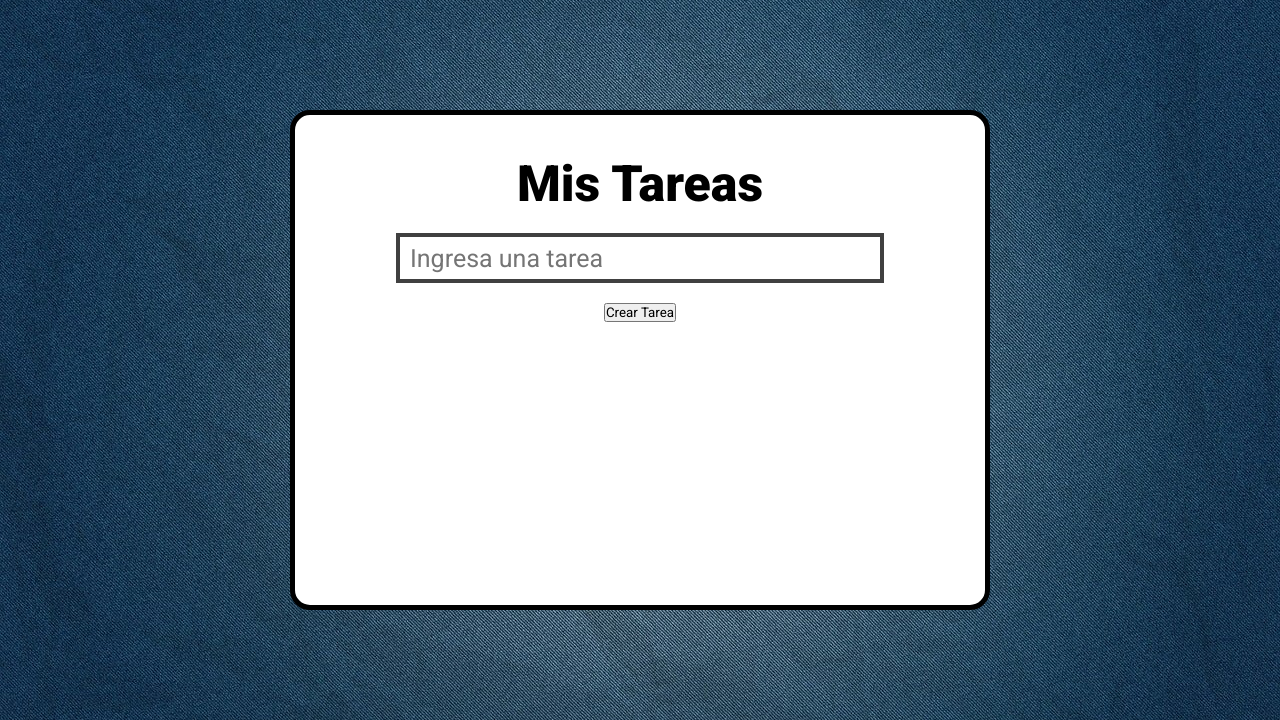
Repository: JoyMoGas/javascript-learn
Page: lista-tareas-pendientes/index.html
The author's editor kept a copy of each file at every save. The page is drawn from the files as they stood at one save, then again after the next save.
The browser window is 1280 px wide. The pictures show the whole page.

Above is the page before, as saved 2024-05-14 12:07:45.

After the next save:
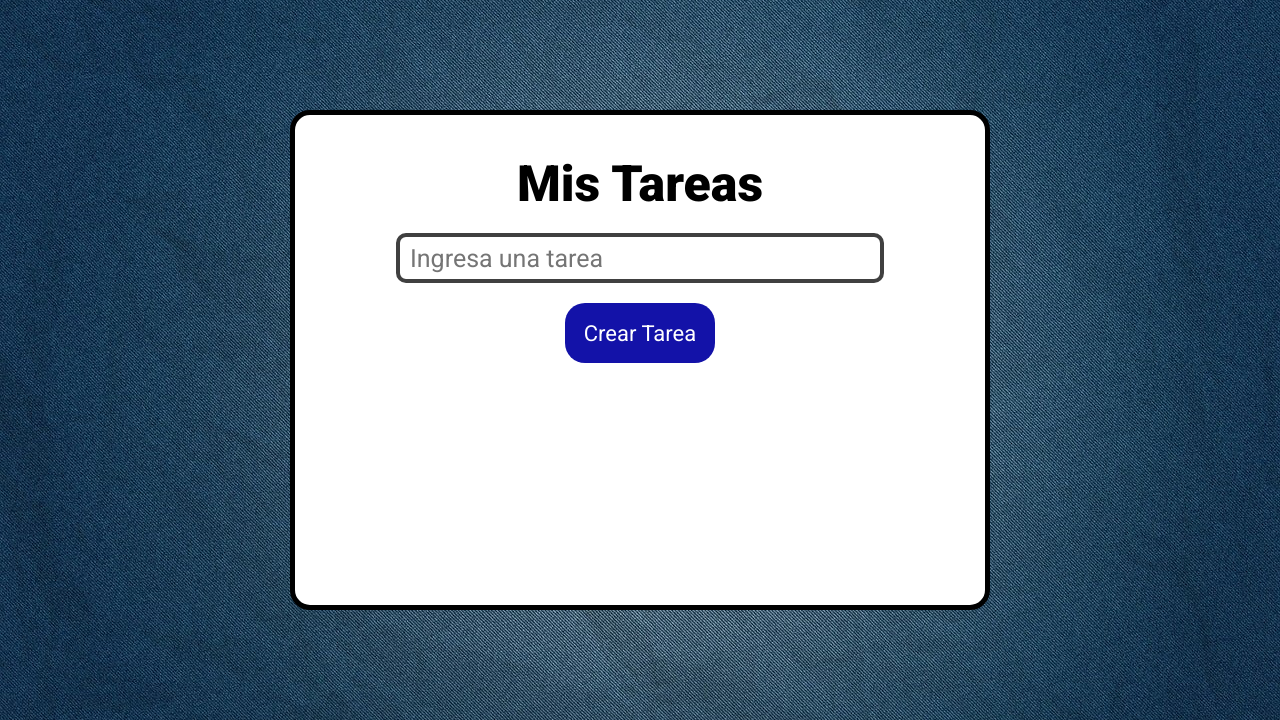
Saved 100 s later.
--- a/lista-tareas-pendientes/styles.css
+++ b/lista-tareas-pendientes/styles.css
@@ -51,4 +51,18 @@ input {
   margin: 20px;
   padding: 10px;
   border: 4px solid #404040;
+  border-radius: 10px;
 }
+
+/* Boton */
+
+button {
+  width: 150px;
+  height: 60px;
+  padding: 10px;
+  color: white;
+  background-color: #1312a8;
+  font-size: 22px;
+  border-radius: 20px;
+  border: none;
+}
